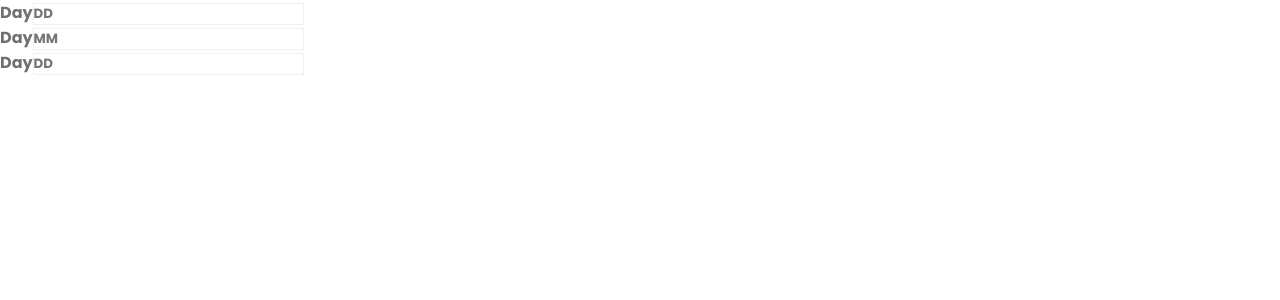
Repository: blordeus/age-calculator-app
Page: /
The author's editor kept a copy of each file at every save. The page is drawn from the files as they stood at one save, then again after the next save.
The browser window is 1280 px wide. The pictures show the whole page.
The project was rebuilt for these pictures with package versions that can differ from the ones it lists, and the page was loaded fresh each time.

Above is the page before, as saved 2023-08-23 15:07:20.

After the next save:
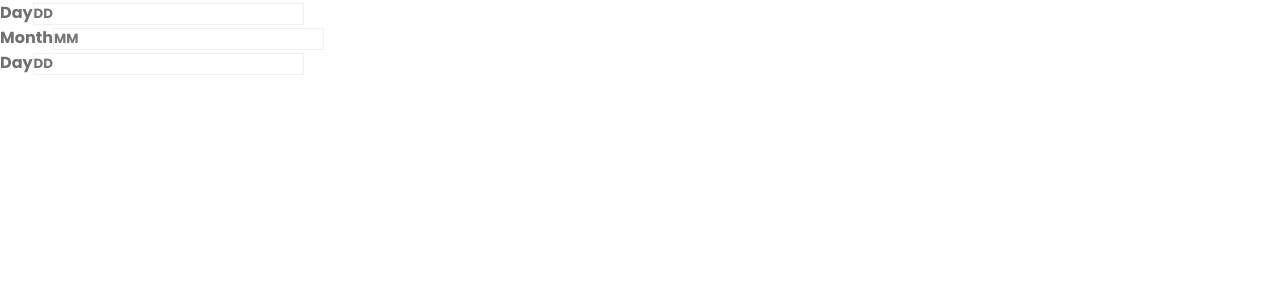
Saved 11 s later.
--- a/src/App.js
+++ b/src/App.js
@@ -49,7 +49,7 @@ const App = () => {
       <div className="input-label-container">
         <label htmlFor="month" style={{
           color: hasErrors ? "hsl(0,100%,67%)" : "hsl(0,1%,44%)",
-        }}>Day</label>
+        }}>Month</label>
         <input
         type="number"
         id="day"
